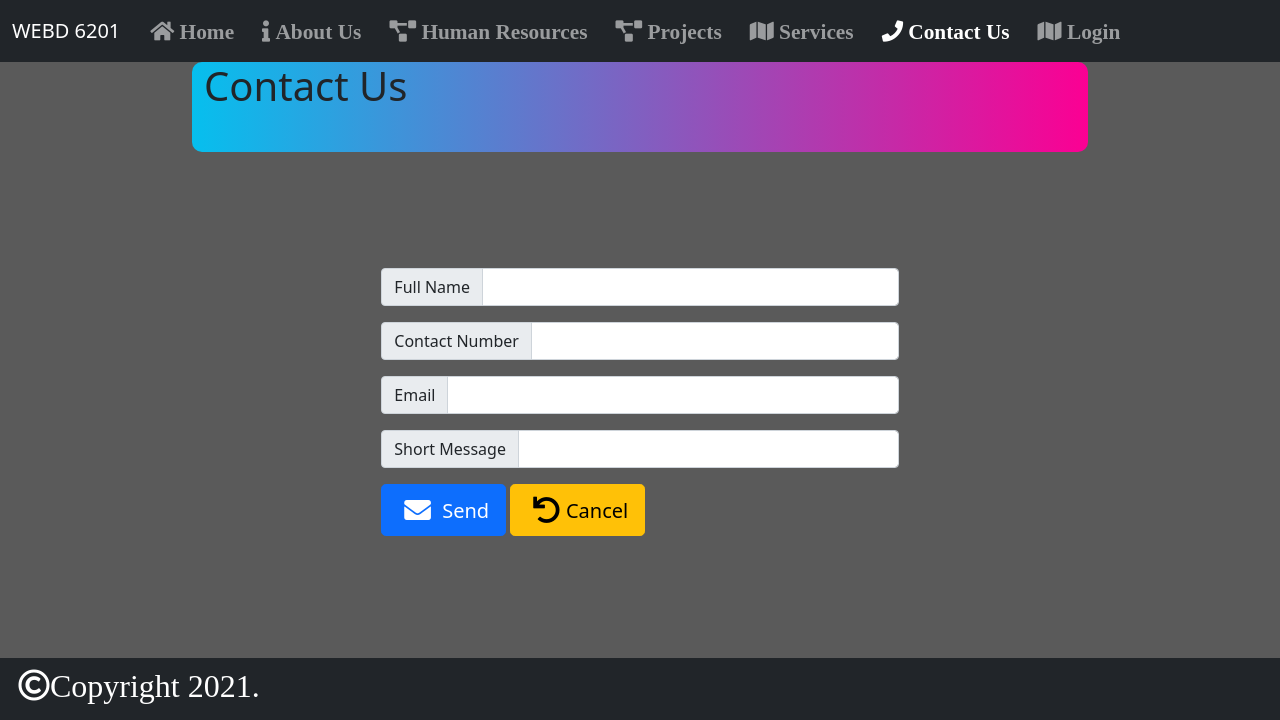
Repository: vans12345678/WEBD6201-W2021-Lab2
Page: contact.html
An editor plug-in stored every save of this project. The page is shown before and after the next save, followed by the edit.
The browser window is 1280 px wide. The pictures show the whole page.

Above is the page before, as saved 2021-02-25 20:30:18.

### contact.html
<!--contact.html
Name: Andre Agrippa, Michai Pryce
Date: 02/05/2021
-->
<!DOCTYPE html>
<html lang="en">
<head>
    <meta charset="UTF-8">
    <meta name="viewport" content="width=device-width, initial-scale=1.0">
    <title>Contact Us</title>

    <!-- CSS Section -->
    <link rel="stylesheet" href="./node_modules/bootstrap/dist/css/bootstrap.min.css">
    <link rel="stylesheet" href="./node_modules/@fortawesome/fontawesome-free/css/all.min.css">
    <link rel="stylesheet" href="./Content/app.css">
</head>
<body>
  <!-- Main Header -->
    <header>
      <!-- Main Navigation -->
        <nav class="navbar navbar-expand-lg navbar-dark bg-dark">
            <div class="container-fluid">
              <a id ="navHome" class="navbar-brand" href="index.html"></a>
              <button class="navbar-toggler" type="button" data-bs-toggle="collapse" data-bs-target="#navbarSupportedContent" aria-controls="navbarSupportedContent" aria-expanded="false" aria-label="Toggle navigation">
                <span class="navbar-toggler-icon"></span>
              </button>
              <div class="collapse navbar-collapse" id="navbarSupportedContent">
                <ul id = "ulNav" class="navbar-nav me-auto mb-2 mb-lg-0">
                  <li class="nav-item">
                    <a  class="nav-link " aria-current="page" href="index.html"><i id ="navIndex"class = "fas fa-home fa-lg"></i></a>
                  </li>
                </li>
                <li class="nav-item" id ="navAbout">
                  <a  class="nav-link " aria-current="page" href="about.html"><i id ="navAboutItem"class = "fas fa-info fa-lg"></i></a>
                </li>
                <li class="nav-item">
                  <a  class="nav-link" aria-current="page" href="projects.html"><i id ="navProjects" class ="fas fa-project-diagram fa-lg">Products</i></a>
                </li>
                <li class="nav-item">
                  <a  class="nav-link " aria-current="page" href="services.html"><i id ="navServices"class = "fas fa-map fa-lg"></i></a>
                </li>
                <li class="nav-item">
                  <a  class="nav-link active" aria-current="page" href="contact.html"><i id ="navContact"class = "fas fa-phone fa-lg"></i></a>
                </li>
                <li class="nav-item">
                  <a  class="nav-link " aria-current="page" href="login.html"><i  id ="navLogin" class = "fas fa-map fa-lg"></i></a>
                </li>
                </ul>
              </div>
            </div>
          </nav>
    </header>
  <!-- Main Contents -->
    <main>
        <h1 class = "container">Contact Us</h1>
        <div class = "row justify-content-lg-center g-3 contact-form ">
          <form id = "contactForm" class = "col-col-lg-6 col-md-5 col-sm-10 class = "fromBackground"">
            <div class="warnMessage alert" id="messageArea"></div>
            <div class="input-group mb-3">
              <span class="input-group-text" id="inputGroup-sizing-default">Full Name</span>
              <input id = "fullName" type="text" class="form-control" aria-label="Full Name" aria-describedby="Full Name Input"
              name = "fullName" required>
            </div>
            <div class="input-group mb-3">
              <span class="input-group-text" id="inputGroup-sizing-default">Contact Number</span>
              <input id = "contactNumber" type="tel" class="form-control" aria-label="Contact Number" aria-describedby="Contact Number Input"
              name = "contactNumber" required>
            </div>
            <div class="input-group mb-3">
              <span class="input-group-text" id="inputGroup-sizing-default">Email</span>
              <input id = "emailAddress" type="email" class="form-control" aria-label="Email Address" aria-describedby="Email Address Input"
              name = "emailAddress" required>
            </div>
            <div class="input-group mb-3">
              <span class="input-group-text" id="inputGroup-sizing-default">Short Message</span>
              <input id = "shortMessage" type="text" class="form-control" aria-label="Short Message" aria-describedby="Short Message Input"
              name = "shortMessage" required>
            </div>
          <button id = "sendButton" type="submit" class="btn btn-primary btn-lg"><i class="fas fa-envelope fa-lg"></i> Send</button>
          <button id = "cancelButton" type="reset" class="btn btn-warning btn-lg"><i class="fas fa-undo fa-lg"></i>Cancel</button>
        </form>

        </div>


    </main>
    <!-- Main Footer -->
    <footer>
      <nav class="navbar fixed-bottom navbar-dark bg-dark">
          <div class="container-fluid">
              <h4><i id = "footer"class="far fa-copyright fa-lg site-footer"></i></h4>
          </div>
        </nav>
  </footer>
    <!-- Script Section -->
    <script src="./node_modules/jquery/dist/jquery.min.js"></script>
    <script src="./node_modules/bootstrap/dist/js/bootstrap.bundle.min.js"></script>
    <script src="./Scripts/contact.js"></script>
    <script src="./Scripts/namespace.js"></script>
    <script src="./Scripts/user.js"></script>
    <script src="./Scripts/app.js"></script>

</body>
</html>

### Content/app.css
/* custom css goes here */
.Vapor {
    background-image: url('../images/vapor.jpg');
    background-repeat: no-repeat;
    background-attachment: fixed;
    background-size: 100% 100%;
  }
  a {
    color: greenyellow;
  }
  .textFont
  {
    font-family: Arial, Helvetica, sans-serif;
    line-height: 32px;
  }
  body
  {
    background-color: rgb(90, 90, 90);
  }
  h1.container{
    border-radius: 10px;
    width: 70%;
    height: 90px;
    margin: 0px auto;
    background: linear-gradient(90deg,#06bfee,#fb0093)
  }
  h1.projects{
    background-color: white;
  }
  .contact-table{
    width: 100%;
    margin:  50px auto;
    background-color: white;
  }
  .contact-form
  {
    width: 100%;
    margin:  100px auto;
  }
  .warnMessage
  {
    width: 90%;
    margin:  50px;
  }
  .site-footer {
    color:white;
  }
  .formMargin
  {
    margin: 35px 70px;
  }
  .inputMargin
  {
    margin: 5px 10px;
  }
  .fromBackground
  {
    background-color: rgba(20, 174, 235, 0.822);
    border: 5px solid rgb(0, 238, 255);

  }
  i{
    margin:7px 6px;
  }

### Scripts/contact.js
/************************************************************
 * Name: Andre Agrippa, Michai Pryce
 * Date: 01/20/2021
 * Description: This file creates a contact class used to
 * create/display contacts for the web application
 */
"use strict";
class Contact {

    //Getters and setters
    get FullName() {
        return this.m_fullName;
    }
    set FullName(value) {
        this.m_fullName = value;
    }
    get ContactNumber() {
        return this.m_contactNumber;
    }
    set ContactNumber(value) {
        this.m_contactNumber = value;
    }
    get EmailAddress() {
        return this.m_emailAddress;
    }
    set EmailAddress(value) {
        this.m_emailAddress = value;
    }
    get ShortMessage(){
        return this.m_shortMessage;
    }
    set ShortMessage(value) {
        this.m_shortMessage = value;
    }
    /**
     *
     * @param {string} fullName
     * @param {string} contactNumber
     * @param {string} emailAddress
     * @param {string} shortMessage
     */
    constructor(fullName = "", contactNumber = "", emailAddress = "", shortMessage = "") {
        this.FullName = fullName;
        this.ContactNumber = contactNumber;
        this.EmailAddress = emailAddress;
        this.ShortMessage = shortMessage;
    }

    /**
     *This method overrides the built-in toString() method for Contact class
     *
     * @return {*}
     * @memberof Contact
     */
    toString()
    {
        return `Full Name       : ${this.FullName} \nContactNumber       : ${this.ContactNumber}
        \nEmailAddress       :${this.EmailAddress} \nShortMessage       :${this.ShortMessage}`;
    }
    /**
     *This method returns a JSON object made up of the properties of the Contact class
     *
     * @return {Object}
     * @memberof Contact
     */
    toJSON()
    {
        return{
            "fullName": this.FirstName,
            "contactNumber": this.ContactNumber,
            "emailAddress": this.EmailAddress,
            "shortMessage": this.ShortMessage
        }
    }
    /**
     *
     *This method returns the Contact into a comma-separated value string
     * @return {string}
     * @memberof Contact
     */
    serialize()
    {
        if(this.FullName !== "" && this.ContactNumber !== "" && this.EmailAddress !== "" && this.ShortMessage !== "")
        {
            return `${this.FullName}, ${this.ContactNumber}, ${this.EmailAddress}, ${this.ShortMessage}`;
        }
        else
        {
            console.error("One or more properties of the Contact is empty");
            return null;
        }
    }
    /**
     *This method takes a comma-separated data string assigns values to the Contact class properties
     *
     * @param {string} data
     * @returns {void}
     * @memberof Contact
     */
    deserialize(data)
    {
        let propertyArray = data.split(",");

        this.FullName = propertyArray[0];
        this.ContactNumber = propertyArray[1];
        this.EmailAddress = propertyArray[2];
        this.ShortMessage = propertyArray[3];

    }
}

### Scripts/namespace.js
//Namespace core
let core;

### Scripts/user.js
"use strict";
// User Class

((core)=>
{
  class User {
    // getters and setters
    get DisplayName()
    {
      return this.m_displayName;
    }

    set DisplayName(value)
    {
      this.m_displayName = value;
    }

    get EmailAddress()
    {
      return this.m_emailAddress;
    }

    set EmailAddress(value)
    {
      this.m_emailAddress = value;
    }

    get Username()
    {
      return this.m_username;
    }

    set Username(value)
    {
      this.m_username = value;
    }
    get Password()
    {
      return this.m_password;
    }

    set Password(value)
    {
      this.m_password = value;
    }

    // constructor
    /**
     * Creates an instance of user
     * @param {string} displayName
     * @param {string} emailAddress
     * @param {string} username
     * @param {string} password
     */
    constructor(displayName = "", emailAddress = "", username = "", password = "")
    {
      this.DisplayName = displayName;
      this.EmailAddress = emailAddress;
      this.Username = username;
      this.Password = password;

    }

    // methods

    /**
     * This method overrides the built-in toString method for the User class
     *
     * @returns {string}
     */
    toString()
    {
      return `Display Name     : ${this.DisplayName}\nEmail Address : ${this.EmailAddress}\nUser Name : ${this.Username}`;
    }

    /**
     * This method returns a JSON object made up of the properties of the User class
     *
     * @returns {Object}
     */
    toJSON()
    {
      return {
        "DisplayName": this.DisplayName,
        "EmailAddress": this.EmailAddress,
        "Username":this.Username
      }
    }

    /**
     * This method takes a JSON data object and assigns the value to the User class properties
     *
     * @param {Object} data
     */
    fromJSON(data)
    {
      this.DisplayName = data.DisplayName;
      this.EmailAddress = data.EmailAddress;
      this.Username = data.Username;
      this.Password = data.Password;
    }

    /**
     * This method converts the User into a comma-separated value string
     *
     * @returns {string}
     */
    serialize()
    {
      if(this.DisplayName !== "" && this.EmailAddress !== "" && this.Username !== "")
      {
        return `${this.DisplayName},${this.EmailAddress},${this.Username}`;
      }
      else
      {
        console.error("One or more properties of the User is empty");
        return null;
      }
    }

    /**
     * This method takes a comma-separated data string and assigns the values to the User class properties
     *
     * @param {string} data
     * @return {void}
     */
    deserialize(data)
    {
      let propertyArray = data.split(",");
      this.DisplayName = propertyArray[0];
      this.EmailAddress = propertyArray[1];
      this.Username = propertyArray[2];
    }
  }

  core.User = User;

})(core || (core={}));

Loaded but not shown: node_modules/bootstrap/dist/css/bootstrap.min.css (library); node_modules/@fortawesome/fontawesome-free/css/all.min.css (library); node_modules/jquery/dist/jquery.min.js (library); node_modules/bootstrap/dist/js/bootstrap.bundle.min.js (library); Scripts/app.js (322 lines, source omitted)

After the next save:
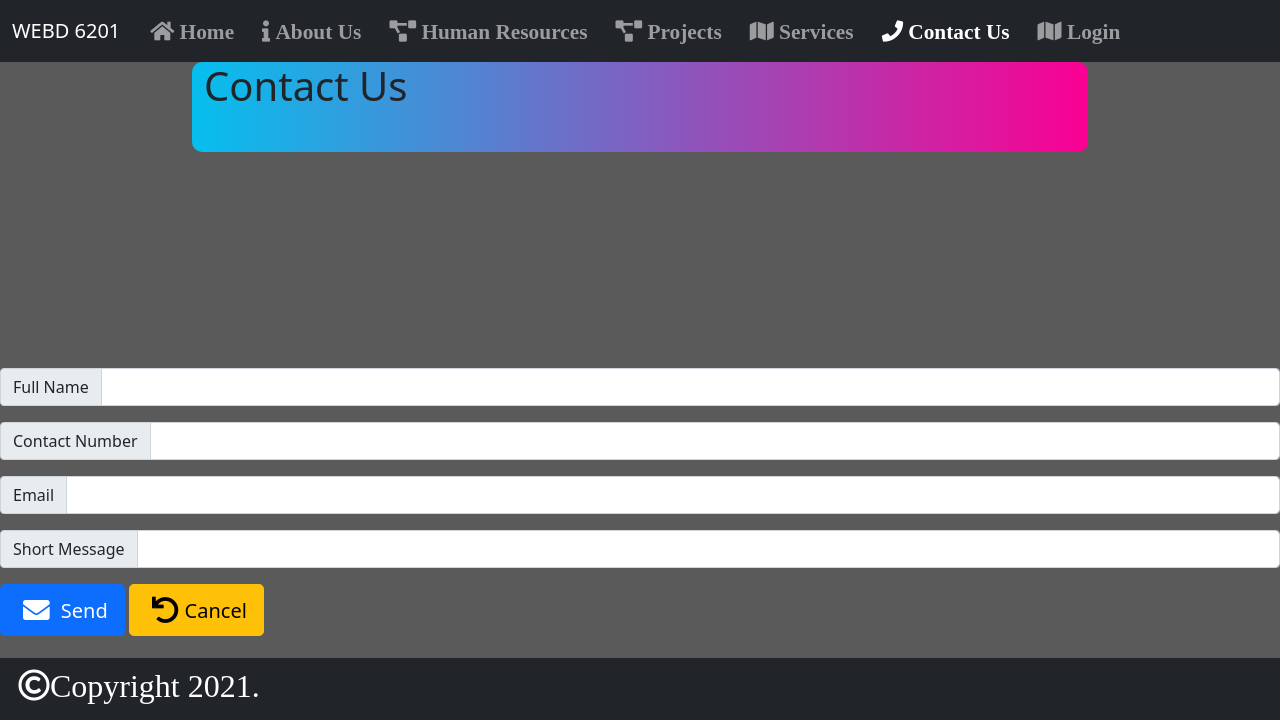
Console error: TypeError: Cannot set properties of null (setting 'hidden')
Saved 8 s later.
--- a/contact.html
+++ b/contact.html
@@ -54,7 +54,7 @@
     <main>
         <h1 class = "container">Contact Us</h1>
         <div class = "row justify-content-lg-center g-3 contact-form ">
-          <form id = "contactForm" class = "col-col-lg-6 col-md-5 col-sm-10 class = "fromBackground"">
+          <form id = "contactForm" class = "col-col-lg-6 col-md-5 col-sm-10 fromBackground>
             <div class="warnMessage alert" id="messageArea"></div>
             <div class="input-group mb-3">
               <span class="input-group-text" id="inputGroup-sizing-default">Full Name</span>

After the save that followed:
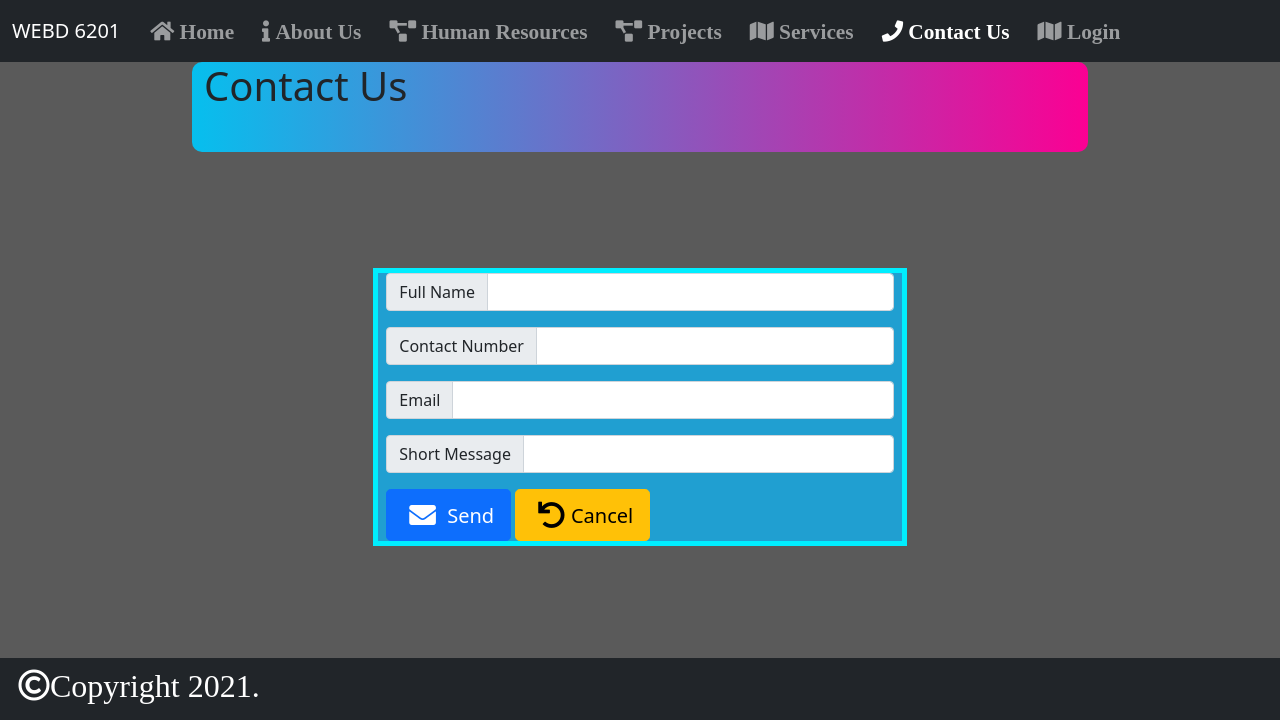
The error is gone.
Saved 71 s later.
--- a/contact.html
+++ b/contact.html
@@ -54,7 +54,7 @@
     <main>
         <h1 class = "container">Contact Us</h1>
         <div class = "row justify-content-lg-center g-3 contact-form ">
-          <form id = "contactForm" class = "col-col-lg-6 col-md-5 col-sm-10 fromBackground>
+          <form id = "contactForm" class = "col-col-lg-6 col-md-5 col-sm-10 fromBackground">
             <div class="warnMessage alert" id="messageArea"></div>
             <div class="input-group mb-3">
               <span class="input-group-text" id="inputGroup-sizing-default">Full Name</span>
